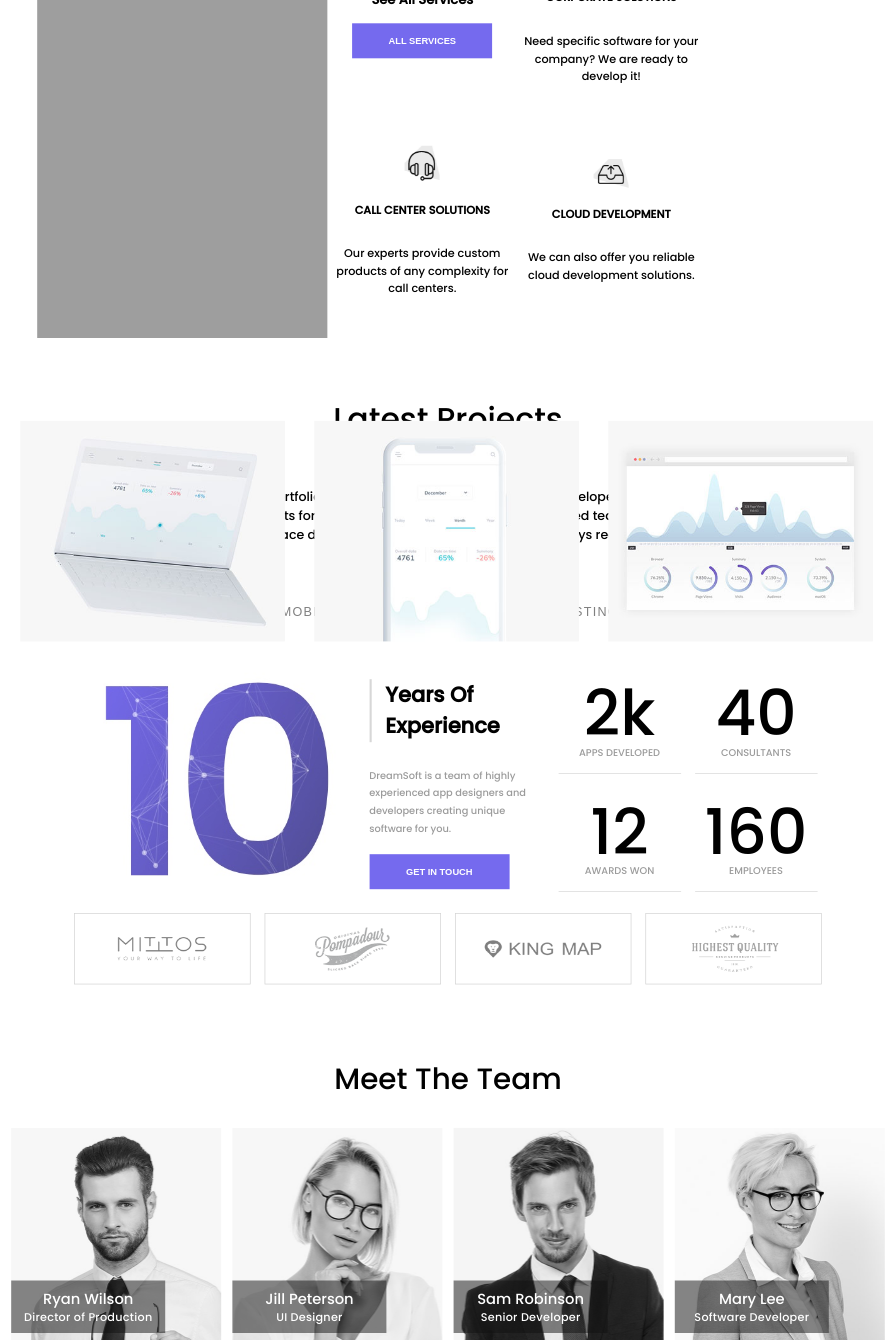
Repository: kkyler24/ladders-bootcamp-awesome
Page: index.html
An editor plug-in stored every save of this project. The page is shown before and after the next save, followed by the edit.
The browser window is 1280 px wide. The pictures show the part of the page from y = 856 to 2776 px (the page is 6195 px tall), at 70% of full size.
Pictures or frames that could not be fetched are drawn as grey boxes.

Above is the page before, as saved 2021-03-20 12:15:12.

After the next save:
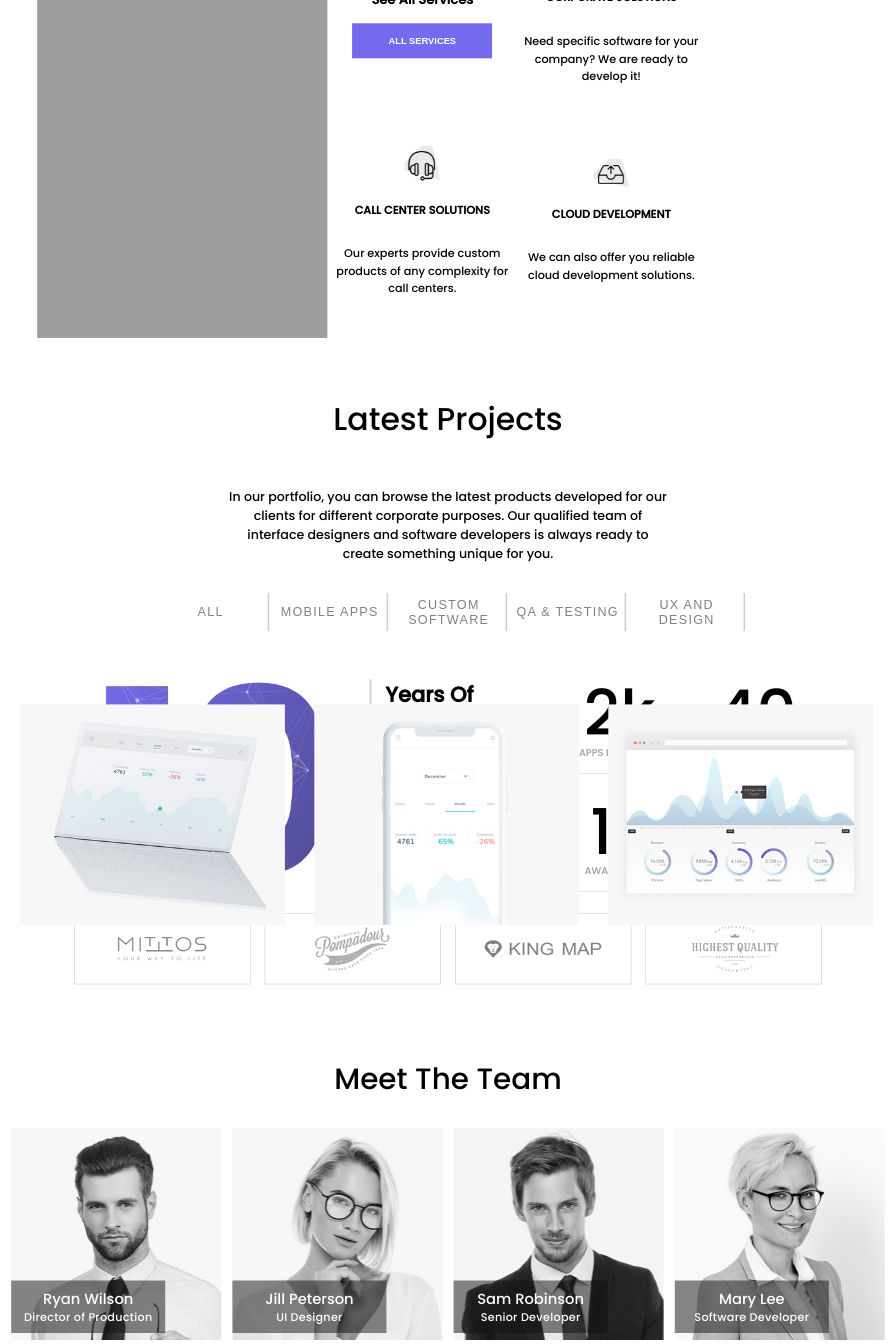
Saved 45 s later.
--- a/index.html
+++ b/index.html
@@ -132,14 +132,12 @@
          <li class="latestButtons"><button id="uxli">UX and Design</button></li>
         </ul>
       </div>
-      <div class="latestGallery">
+    </section>
+    <div class="latestGallery">
       <img src="./img/latestsection/1fullwidth-gallery-1-420x350.jpg" alt="">
       <img src="./img/latestsection/2fullwidth-gallery-2-420x350.jpg" alt="">
       <img src="./img/latestsection/3fullwidth-gallery-3-420x350.jpg" alt="">
     </div>
-
-
-    </section>
 
     <section class="achievements-section">
       <!-- achievements -->
